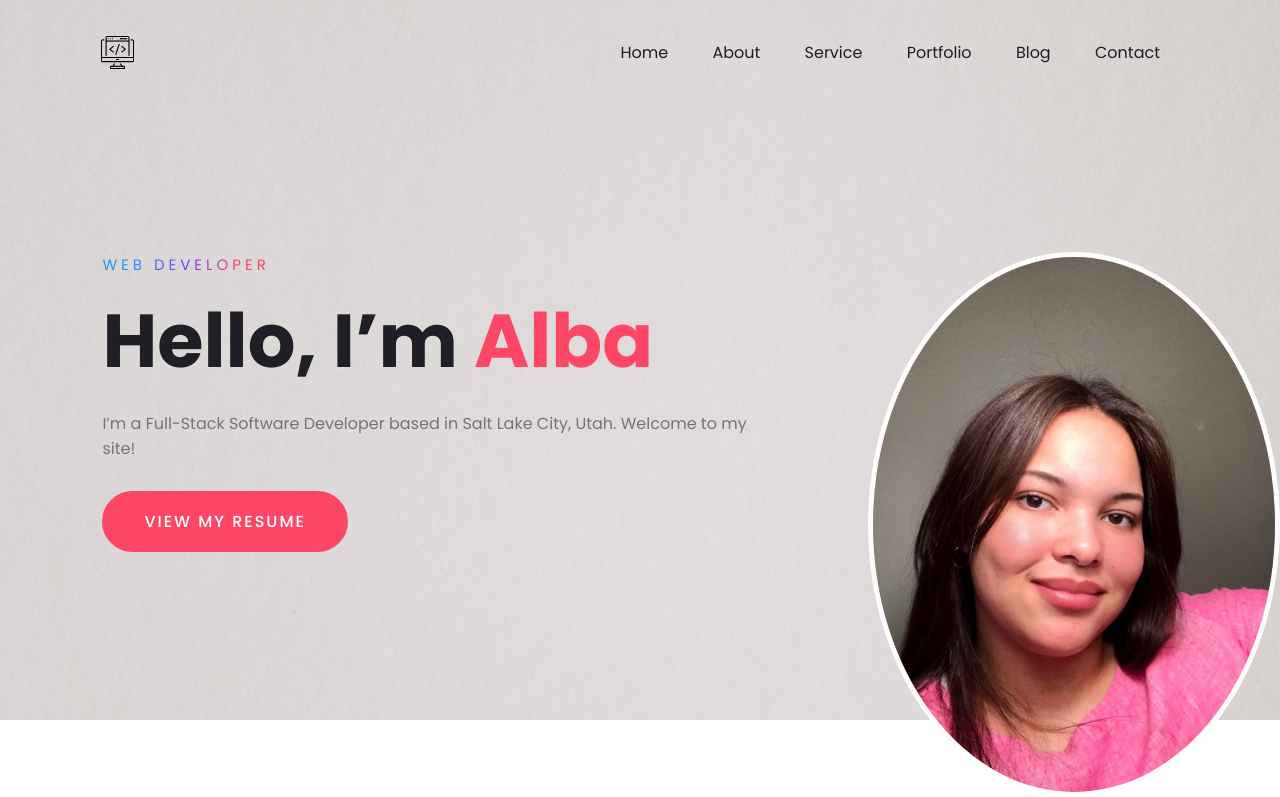
Repository: pilar122/port
Page: index.html
An editor plug-in stored every save of this project. The page is shown before and after the next save, followed by the edit.
The browser window is 1280 px wide. The pictures show the whole page.

Above is the page before, as saved 2022-01-29 14:58:57.

### index.html
<!DOCTYPE html>
<html lang="en">
<head>
    <meta charset="UTF-8">
    <title>Personal Portfolio Website</title>
    <!----CSS link----->
    <link rel="stylesheet" href="style.css">
</head>
<body>
    <div class="hero">
        <nav>
            <img src="./img/coding.png" class="logo">
            <ul>
                <li><a href="#">Home</a></li>
                <li><a href="#">About</a></li>
                <li><a href="#">Service</a></li>
                <li><a href="#">Portfolio</a></li>
                <li><a href="#">Blog</a></li>
                <li><a href="#">Contact</a></li>
            </ul>

        </nav>
        <div class="content">
            <img src="./img/ap.JPG" class="img">
            <span class="title">Web Developer</span>
            <h1>Hello, I’m <span>Alba</span></h1>
            <p>I’m a Full-Stack Software Developer based in Salt Lake City, Utah. Welcome to my site!</p>
            <a href="https://docs.google.com/document/d/1-5NqQs53X55snoyWaPBF-iuk-xL4VE2I0psmDuApD5Q/edit?usp=sharing" class="btn"> View my Resume</a>
        </div>
    </div>
</body>
</html>

### style.css
@import url('https://fonts.googleapis.com/css2?family=Poppins:wght@400;500;600;700&display=swap');
*{
    margin: 0;
    padding: 0;
    box-sizing: border-box;
    font-family: 'Poppins', sans-serif;
}
a{
    text-decoration: none;
}
.hero{
    width: 100%;
    height: 100vh;
    background: url(img/bg1.jpg);
    background-size: cover;
}
nav{
    display: flex;
    align-items: center;
    justify-content: space-between;
    padding: 30px 100px;
}
.logo{
    max-height: 35px;
}
nav ul li{
    list-style: none;
    display: inline-block;
    padding: 10px 20px;
}
nav ul li a{
    color: #1d1d24;
    position: relative;
    padding: 5px 0;
}
nav ul li a:hover{
    color: #fd4766;
}
nav ul li a:after{
    content: "";
    position: absolute;
    left: 0;
    width: 0;
    height: 3px;
    background: #fd4766;
    transition: .3s;
    bottom: 0;
}
nav ul li a:hover:after{
    width: 100%;
}
.btn{
    color: #fff;
    font-size: 16px;
    text-transform: uppercase;
    letter-spacing: 2px;
    padding: 16px 40px;
    border-radius: 500px;
    display: inline-block;
    font-weight: 500;
    transition: all .4s ease-in-out;
    background-size: 152% 100%;
    background: #fd4766;
    border: 2px solid #fd4766;
}
.btn:hover{
    background: transparent;
    border-color: #fd4766;
    color: #fd4766;
}
.content{
    position: absolute;
    top: 35%;
    left: 8%;
}
.content .title{
    color: #1f1f25;
    font-size: 15px;
    text-transform: uppercase;
    letter-spacing: 4px;
    display: inline-block;
    margin-bottom: 20px;
    background: linear-gradient(120deg, #1c99fe 20.69%, #7644ff 50.19%,#fd4766 79.69%);
    -webkit-background-clip: text;
    -webkit-text-fill-color: transparent;
}
.content h1{
    color: #1f1f25;
    font-size: 75px;
    font-weight: 900;
    line-height: 90px;
    text-transform: inherit;
    width: 70%;
}
.content h1 span{
    color: #fd4766;
}
.content p{
    width: 55%;
    color: #757575;
    margin-top: 25px;
    margin-bottom: 30px;
}

.content .img{
    max-width: 35%;
    max-width: 35%;
    border-radius: 50%;
    border: 5px solid rgb(255, 252, 252);
    float: right;
}

After the next save:
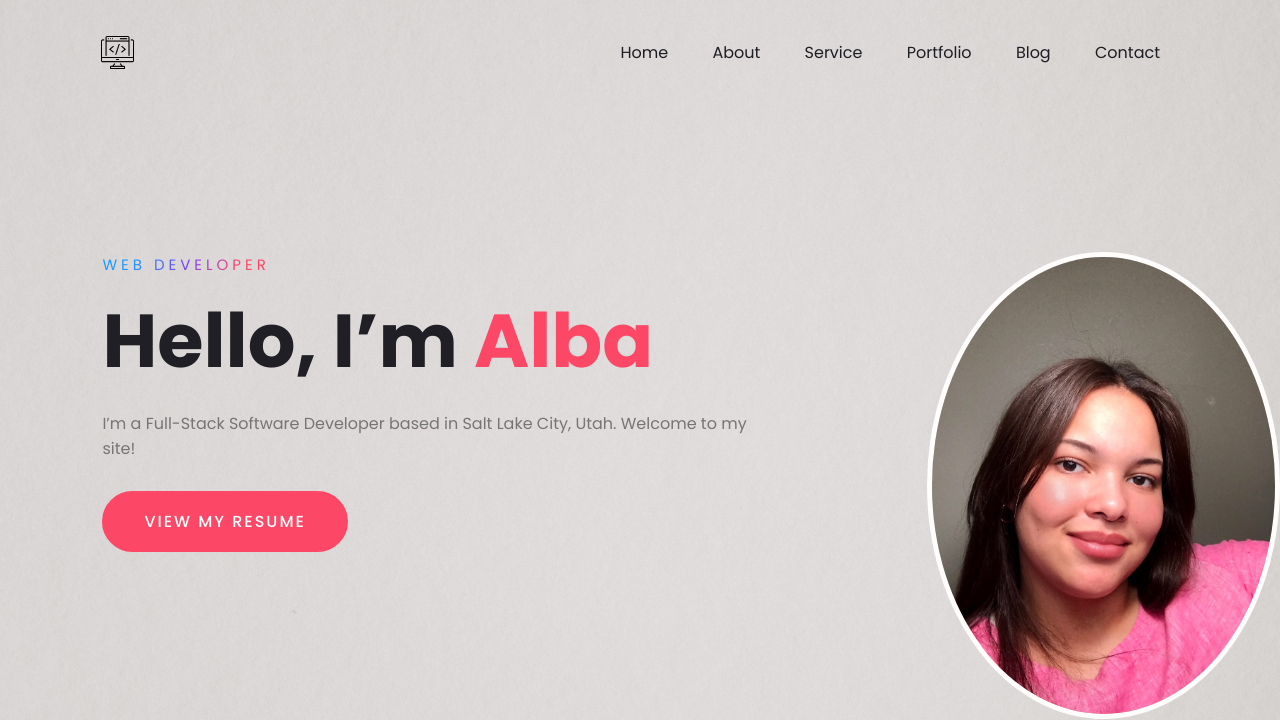
Saved 16 s later.
--- a/style.css
+++ b/style.css
@@ -103,8 +103,8 @@ nav ul li a:hover:after{
 }
 
 .content .img{
-    max-width: 35%;
-    max-width: 35%;
+    max-width: 30%;
+    max-width: 30%;
     border-radius: 50%;
     border: 5px solid rgb(255, 252, 252);
     float: right;
